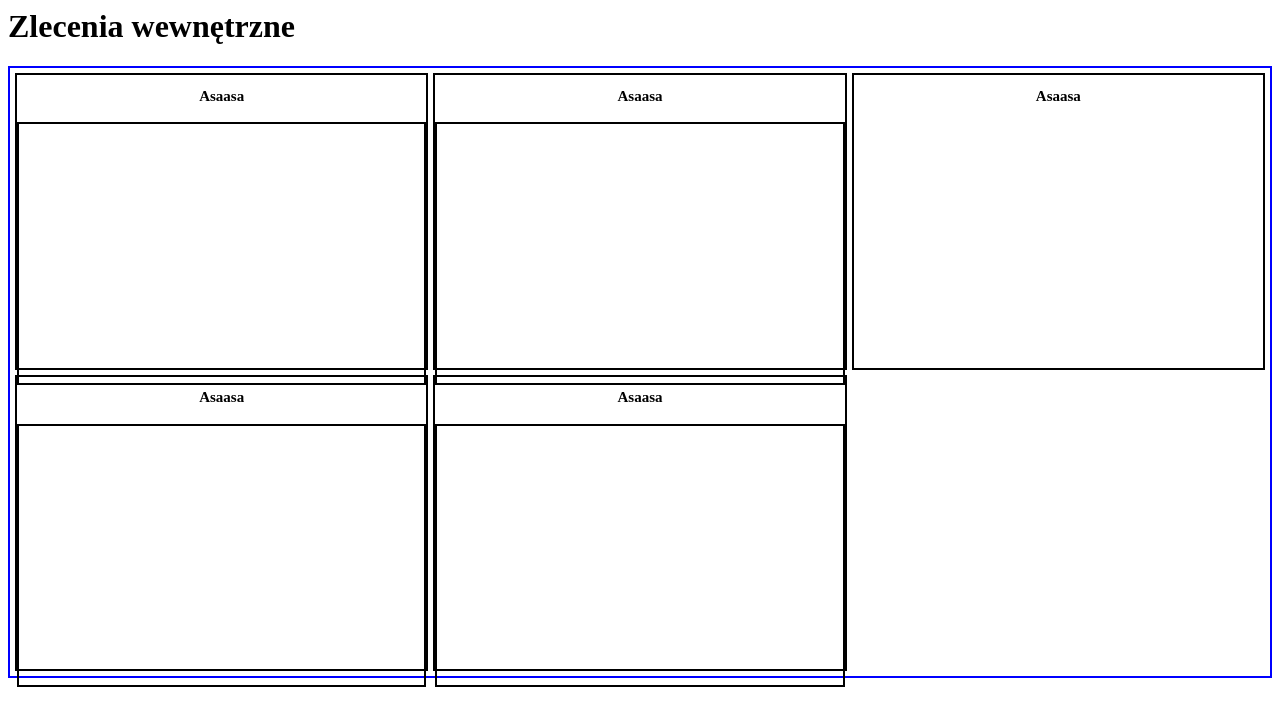
Repository: emdes515/EHpanel
Page: html/dashboardZleceniaWewnetrzne.html
These files come from the project's save history. The page is drawn as it stood at one moment and after the next save; the edit follows.
The browser window is 1280 px wide. The pictures show the whole page.

Above is the page before, as saved 2024-04-18 09:13:21.

### html/dashboardZleceniaWewnetrzne.html
<style>
	* {
		box-sizing: border-box;
	}
	h2 {
		font-size: 15px;
		margin-bottom: 5px;
		height: 10%;
		text-align: center;
	}

	.gridWrapper {
		display: grid;
		grid-template-columns: 1fr 1fr 1fr;
		width: 100%;
		height: 85vh;
		padding: 5px;
		gap: 5px;
		border: 2px solid blue;
	}

	.element {
		width: 100%;
		height: 100%;
		border: 2px solid black;
	}

	.elementPulpit {
		width: 100%;
		height: 90%;
		border: 2px solid black;
	}
</style>

<h1 class="text-center w-100">Zlecenia wewnętrzne</h1>

<div class="gridWrapper">
	<div class="element">
		<h2>Asaasa</h2>
		<div
			id="dashboardZleceniaWewnetrzneDzialyZglaszajacePulpit"
			class="elementPulpit"></div>
	</div>
	<div class="element">
		<h2>Asaasa</h2>
		<div
			id="dashboardZleceniaWewnetrzneRodzajeWnioskowanejPracy"
			class="elementPulpit"></div>
	</div>
	<div class="element">
		<h2>Asaasa</h2>
	</div>
	<div class="element">
		<h2>Asaasa</h2>
		<div class="elementPulpit"></div>
	</div>
	<div class="element">
		<h2>Asaasa</h2>
		<div class="elementPulpit"></div>
	</div>
</div>

<!-- <div
	class="d-grid container-fluid text-center"
	style="height: 90%">
	<div class="row">
		<div
			class="col border-primary"
			id="dashboardZleceniaWewnetrzneDzialyZglaszajace">
			<h2 style="height: 10%">Działy zgłaszające</h2>
			<div id="dashboardZleceniaWewnetrzneDzialyZglaszajacePulpit"></div>
		</div>

		<div
			class="col border-primary"
			id="dashboardZleceniaWewnetrzneRodzajeWnioskowanejPracy">
			<h2 style="height: 10%">Rodzaje wnioskowanej parcy</h2>
			<div id="dashboardZleceniaWewnetrzneRodzajeWnioskowanejPracyPulpit"></div>
		</div>

		<div
			class="col border-primary"
			id="dashboardZleceniaWewnetrzneRodzajeZalaczanychDokumentow">
			<h2 style="height: 10%">Rodzaje zalączanych dokumentów</h2>
			<div id="dashboardZleceniaWewnetrzneRodzajeZalaczanychDokumentowPulpit"></div>
		</div>
	</div>

	<div class="row">
		<div
			class="col-4"
			id="dashboardZleceniaWewnetrzneRynki">
			<h2 style="height: 10%">Wewnętrze rynki</h2>
			<div id="dashboardZleceniaWewnetrzneRynkiPulpit"></div>
		</div>

		<div
			class="col-4"
			id="dashboardZleceniaWewnetrzneTypyWnioskow">
			<h2 style="height: 15%">Wewnetrzne typy wniosków</h2>
			<div id="dashboardZleceniaWewnetrzneTypyWnioskowPulpit"></div>
		</div>
	</div>

	<script
		type="text/javascript"
		src="js/dashboardZleceniaWewnetrzne.js"></script>
</div> -->

After the next save:
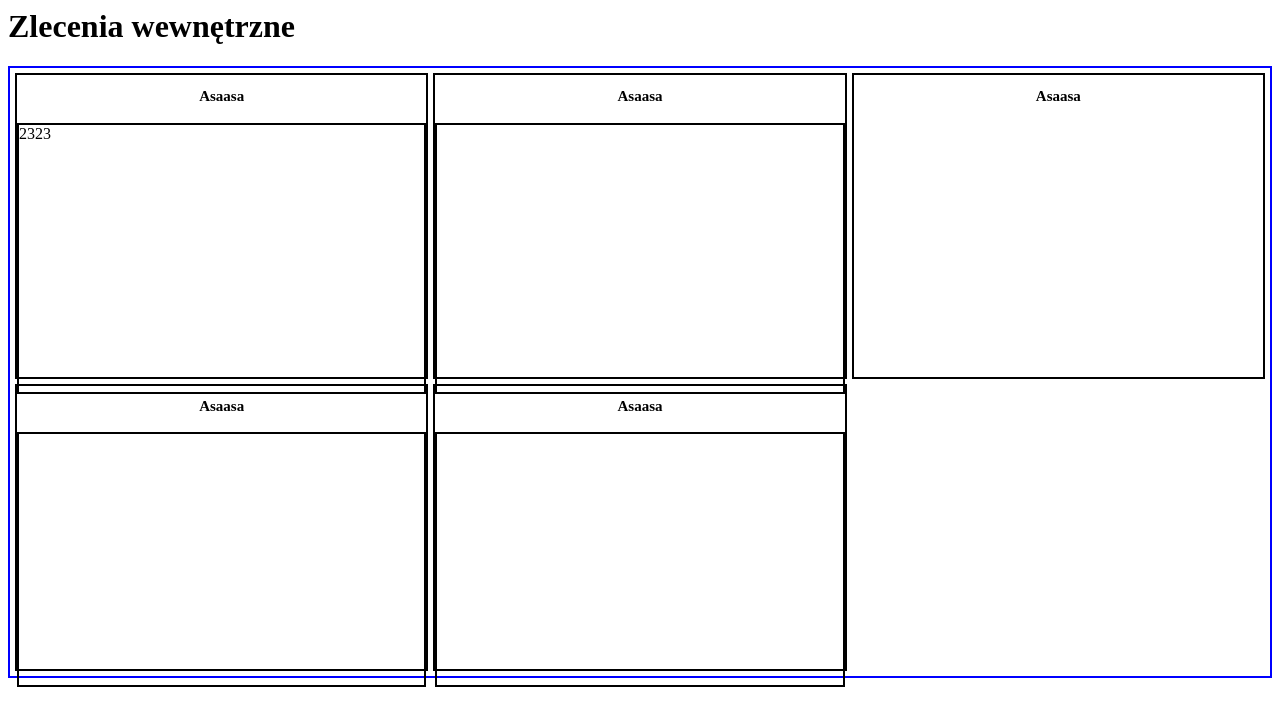
Saved 14 s later.
--- a/html/dashboardZleceniaWewnetrzne.html
+++ b/html/dashboardZleceniaWewnetrzne.html
@@ -39,7 +39,9 @@
 		<h2>Asaasa</h2>
 		<div
 			id="dashboardZleceniaWewnetrzneDzialyZglaszajacePulpit"
-			class="elementPulpit"></div>
+			class="elementPulpit">
+			2323
+		</div>
 	</div>
 	<div class="element">
 		<h2>Asaasa</h2>

After the save that followed:
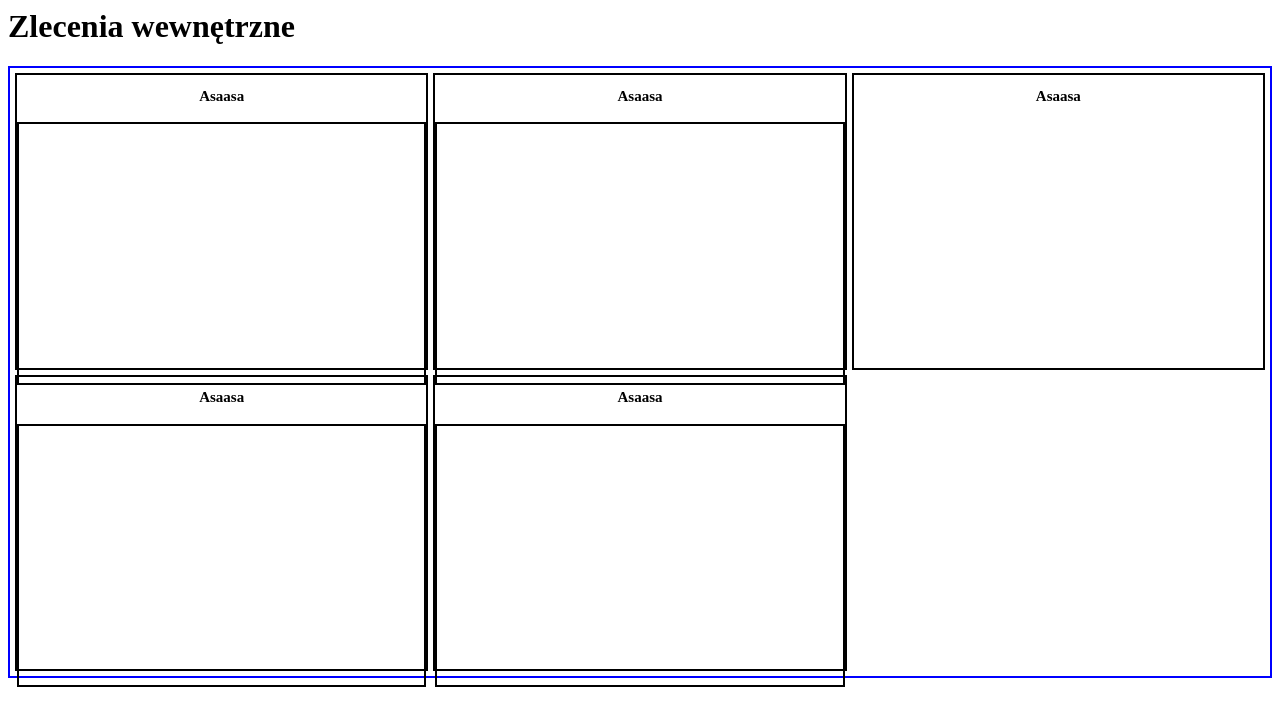
Saved 53 s later.
--- a/html/dashboardZleceniaWewnetrzne.html
+++ b/html/dashboardZleceniaWewnetrzne.html
@@ -39,9 +39,7 @@
 		<h2>Asaasa</h2>
 		<div
 			id="dashboardZleceniaWewnetrzneDzialyZglaszajacePulpit"
-			class="elementPulpit">
-			2323
-		</div>
+			class="elementPulpit"></div>
 	</div>
 	<div class="element">
 		<h2>Asaasa</h2>
